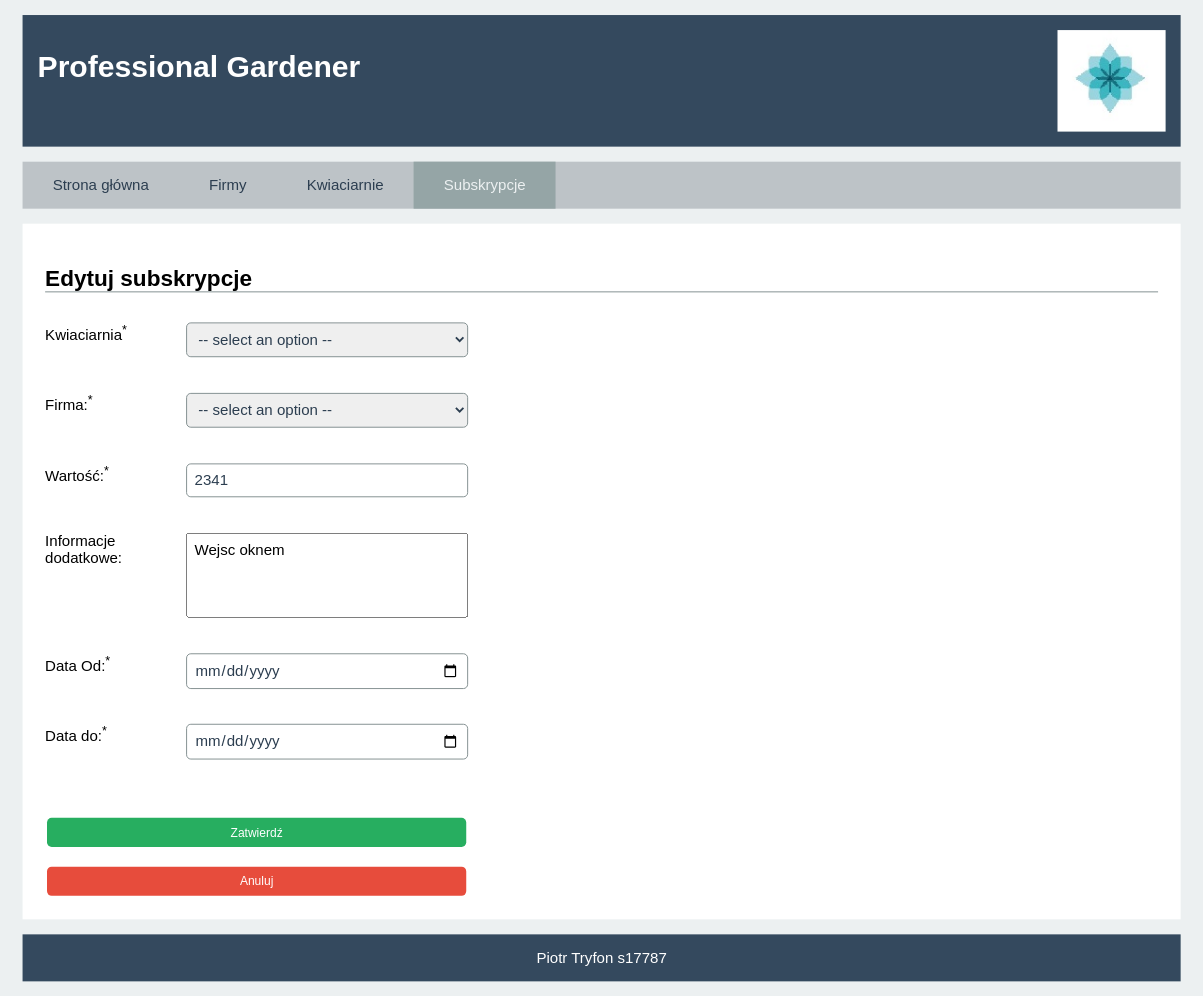
Repository: s17787/TIN
Page: tin_zaoczne_12_s17787_html-css/pages/subscription-edit.html
An editor plug-in stored every save of this project. The page is shown before and after a run of saves, followed by the edit.
The browser window is 1280 px wide. The pictures show the whole page, at 94% of full size.

Above is the page before, as saved 2021-01-06 20:43:48.

After the next 2 saves:
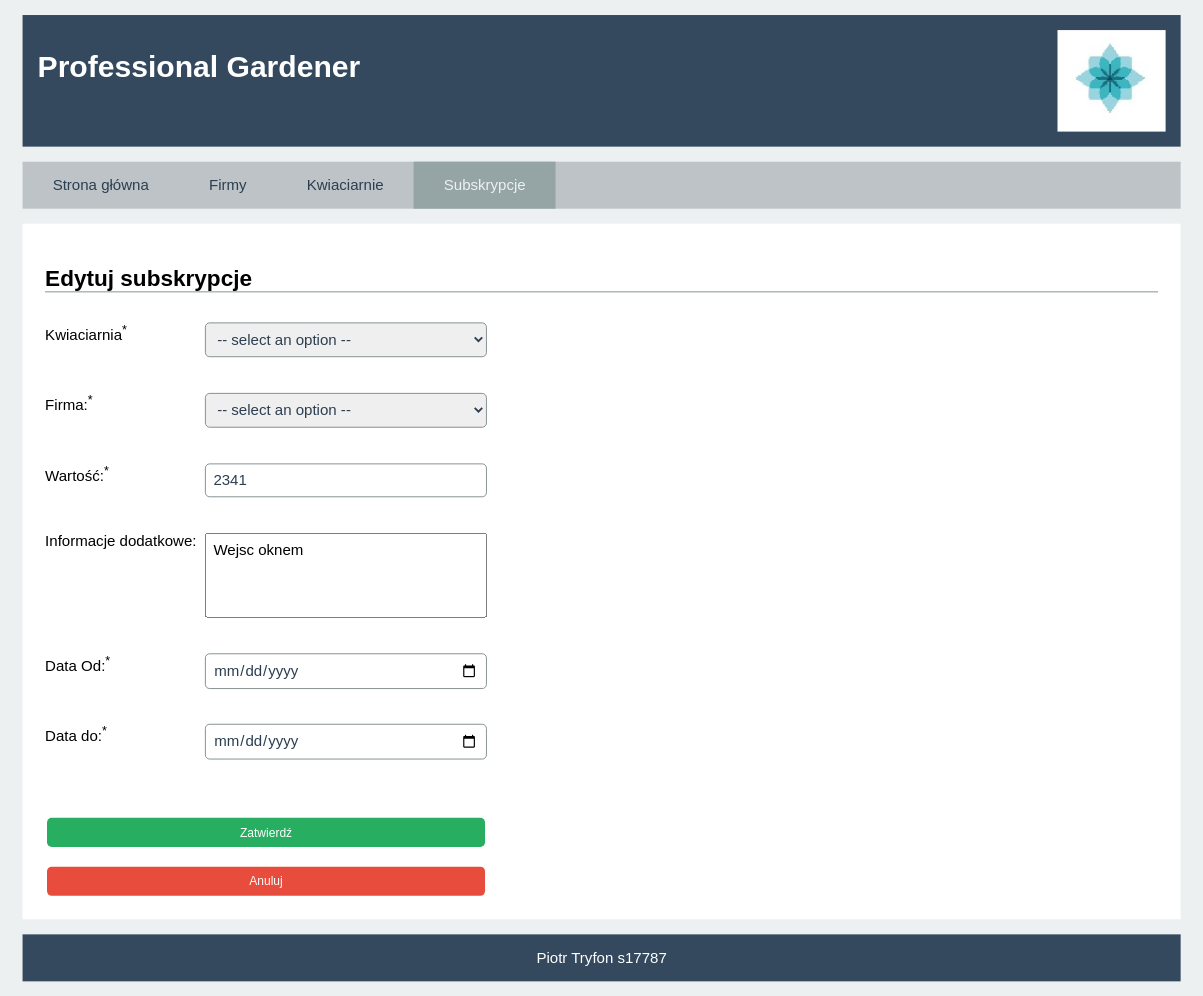
The 2 saves are shown as one change because they came seconds apart.
The last was saved 56 min 39 s later.
--- a/tin_zaoczne_12_s17787_html-css/css/style.css
+++ b/tin_zaoczne_12_s17787_html-css/css/style.css
@@ -190,7 +190,7 @@ textarea {
 
 .form {
     display: grid;
-    grid-template-columns: 150px 300px;
+    grid-template-columns: 170px 300px;
     row-gap: 1rem;
 }
 
